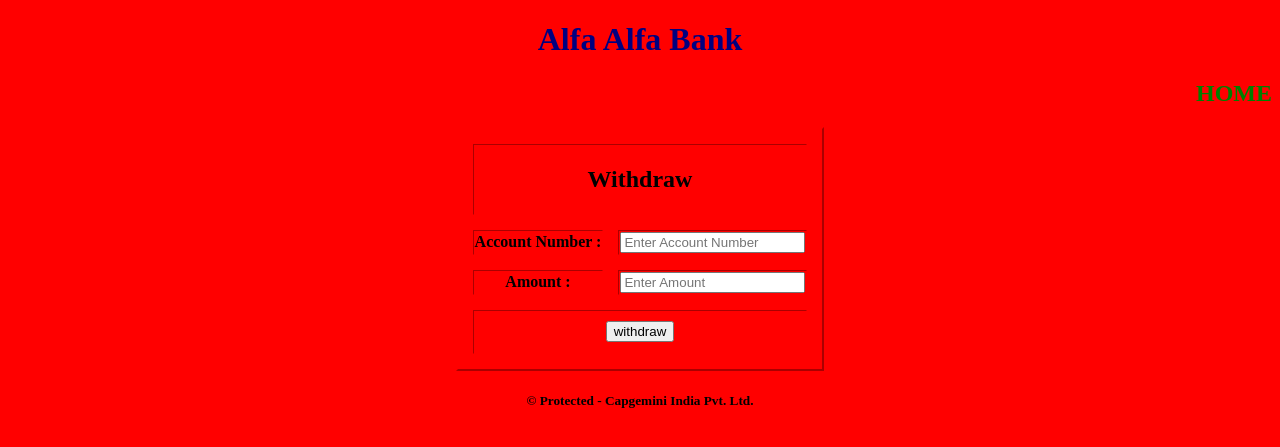
Repository: Rccalfa123/OnlineBankingApp
Page: http://localhost/AlfaAlfaBankApp/withdrawForm.jsp
The author's editor kept a copy of each file at every save. The page is drawn from the files as they stood at one save, then again after the next save.
The browser window is 1280 px wide. The pictures show the whole page.
The page is served by Tomcat 9. Other server files are loaded and not shown.

Above is the page before, as saved 2018-08-13 15:25:10.

### AlfaAlfaBankApp/WebContent/withdrawForm.jsp
<%@ page language="java" contentType="text/html; charset=ISO-8859-1"
    pageEncoding="ISO-8859-1"%>
     <%@taglib prefix="alfa" uri="http://java.sun.com/jsp/jstl/core"%>

<!DOCTYPE html>
<html>
<head>

<link rel="stylesheet" type="text/css" href="mystyle.css">

<meta charset="ISO-8859-1">
<title>Insert title here</title>
</head>
<body>

<jsp:include page="header.jsp"></jsp:include>

		<form action="withdraw.app" method="get">

			<div>
				<table cellspacing="15" align="center" border="2">
					<tr>
						<th colspan="6" height="35"><h2>Withdraw</h2></th>
					</tr>
					<tr>
						<th height="20">Account Number : </th>
						<th colspan="5" > <input type="number" name="typedAccount"  placeholder="Enter Account Number" required="required"></th>
					</tr>
					<tr>
						<th height="20">Amount : </th>
						<th colspan="5" > <input type="number" name="typedAmount"  placeholder="Enter Amount" required="required" min="1"></th>
					</tr>
 					<tr>
					<th colspan="6"  height="40"><input type="submit" value="withdraw"></th>
					</tr>
				</table>
			</div>

		</form>
	<jsp:include page="footer.html"></jsp:include>


</body>
</html>

### AlfaAlfaBankApp/WebContent/header.jsp
<%@taglib prefix="jstl" uri="http://java.sun.com/jsp/jstl/core" %>
<div align="center">
	<h1>Alfa Alfa Bank</h1>

	<div align="right"><h2><a href="home.jsp">  HOME  </a></h2></div>
</div>

### AlfaAlfaBankApp/WebContent/footer.html
<div align="center">
<h5>&copy; Protected - Capgemini India Pvt. Ltd.</h5>
</div>

### AlfaAlfaBankApp/WebContent/mystyle.css
@charset "ISO-8859-1";

body {
    background-color: red;
}

h1 {
    color: navy;
}

td{

 font-family: sans-serif;

}

table {
	border-color: red;
	border-right: 2px 2px 2px 2px ;

}

a{
	text-decoration: none;
	color: green;
}

After the next save:
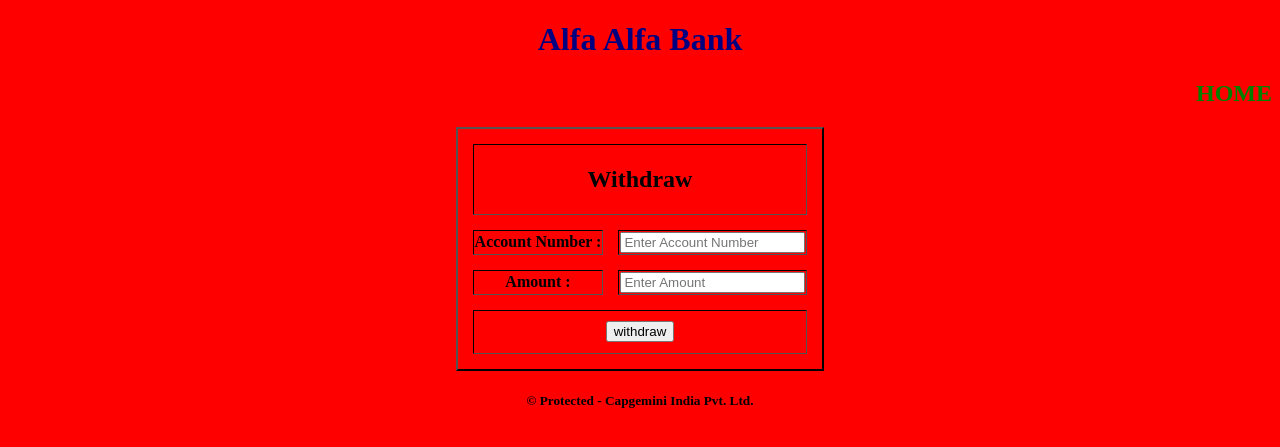
Saved 45 s later.
--- a/AlfaAlfaBankApp/WebContent/mystyle.css
+++ b/AlfaAlfaBankApp/WebContent/mystyle.css
@@ -15,7 +15,7 @@
 }
 
 table {
-	border-color: red;
+	border-color: Black;
 	border-right: 2px 2px 2px 2px ;
 
 }
